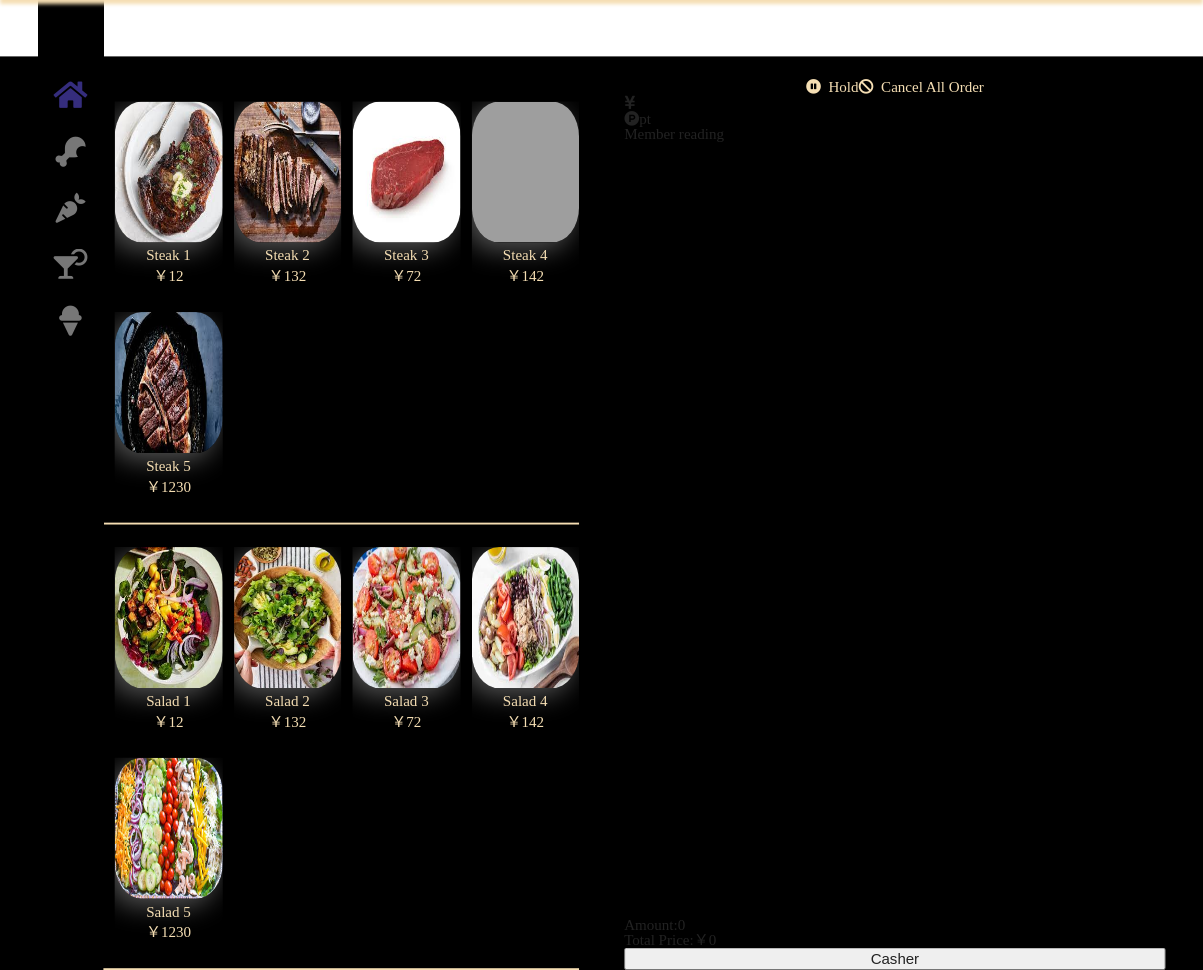
Repository: vuhungson158/Menu
Page: /
These files come from the project's save history. The page is drawn as it stood at one moment and after the next save; the edit follows.
The browser window is 1280 px wide. The pictures show the whole page, at 94% of full size.
Pictures or frames that could not be fetched are drawn as grey boxes. The project was rebuilt for these pictures with package versions that can differ from the ones it lists, and the page was loaded fresh each time. Also part of the build but not shown: src/component/mainMenu/orderBlock/orderContent/OrderedItem.jsx, src/redux-store/actions/HoldActions.jsx, src/component/mainMenu/orderBlock/utilities/HoldItem.jsx.

Above is the page before, as saved 2021-08-22 09:57:24.

After the next save:
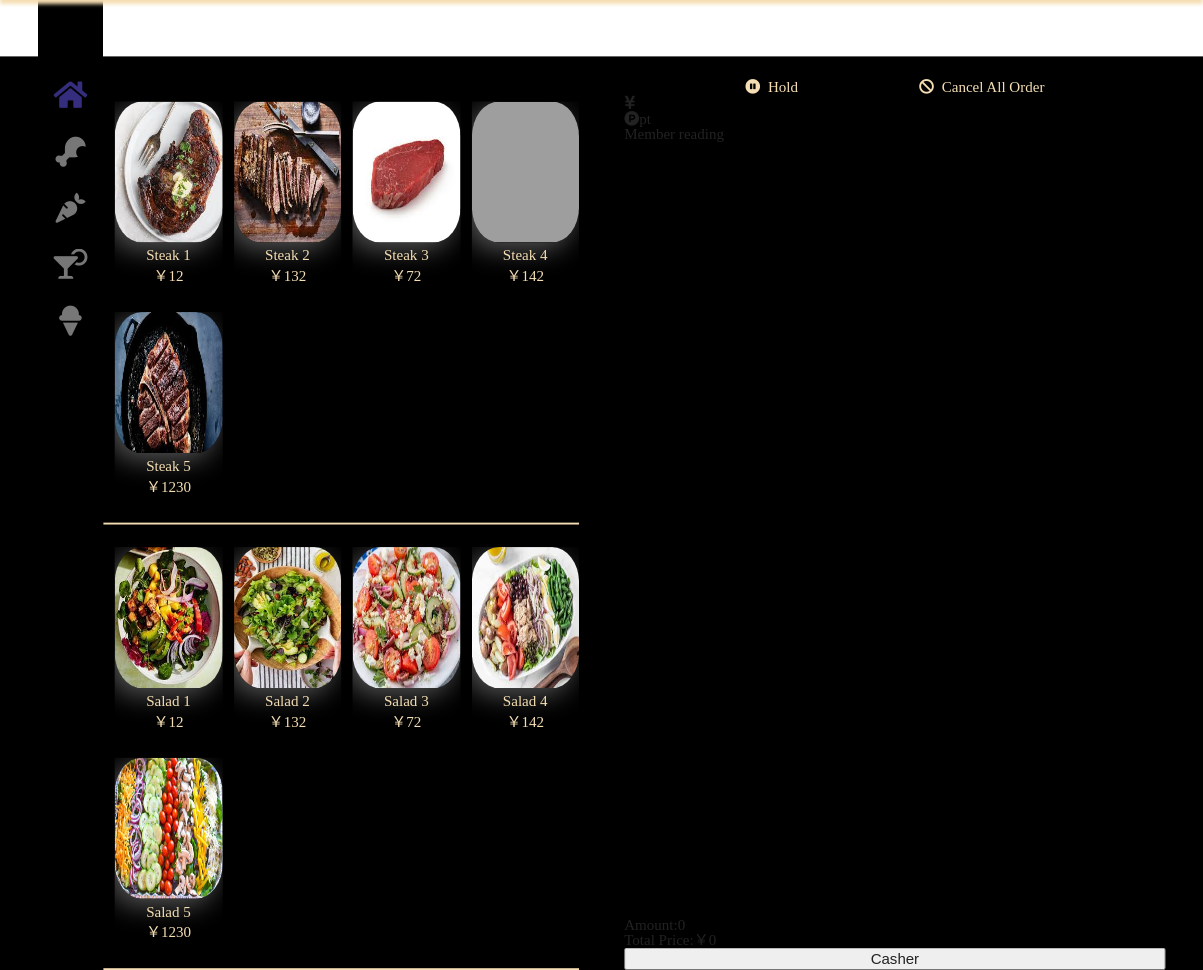
Saved 9 s later.
--- a/src/styles/App.scss
+++ b/src/styles/App.scss
@@ -262,7 +262,7 @@ body {
                 #utilities{
                     display: flex;
                     color: $color_1st;
-                    justify-content: center;
+                    justify-content: space-evenly;
                 }
                 #order-list{
                     flex-grow: 1;
